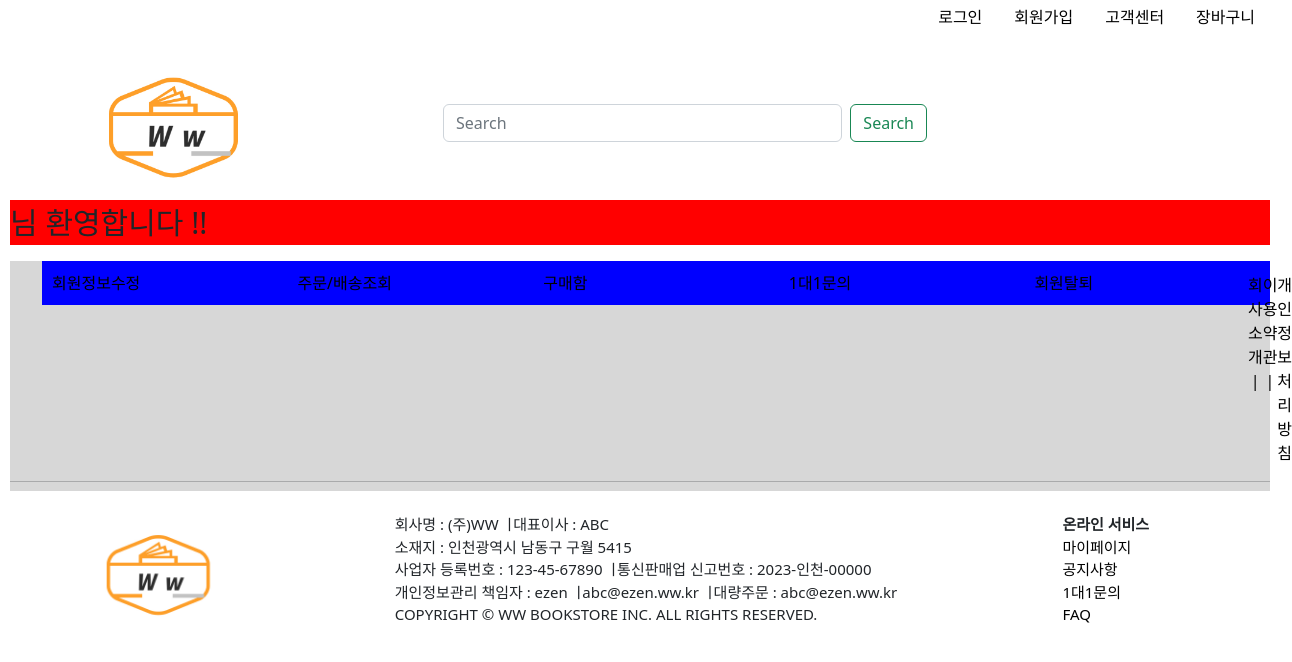
Repository: leehyeonung/project6
Page: http://localhost/book/WEB-INF/views/member/mypage.jsp
The author's editor kept a copy of each file at every save. The page is drawn from the files as they stood at one save, then again after the next save.
The browser window is 1280 px wide. The page is 1292 px wide, then 1280 px, then 1292 px, so the pictures cover 1292 px, including what lies to the right of the window. The pictures show the whole page.
The page is served by Tomcat 9. Nobody is signed in. Other server files are loaded and not shown. The template is opened directly, without the code that normally fills it, so the values that code supplies are empty.

Above is the page before, as saved 2023-01-06 03:02:14.

### book/src/main/webapp/WEB-INF/views/member/mypage.jsp
<%@ page language="java" contentType="text/html; charset=UTF-8"
    pageEncoding="UTF-8"%>
<!DOCTYPE html>
<html>
<head>
<meta charset="UTF-8">
<title>Insert title here</title>
<link rel="stylesheet" type="text/css" href="/resources/css/mypage.css">
</head>
<body>
<jsp:include page="../layout/header.jsp"></jsp:include>
<div class="main">

<div class="information">

<div class="id">
${ses.mem_id}님 환영합니다 !!
</div>

<div class="cell">
${ses.mem_cell_num}
</div>

</div>

<div class="select">
<ul>
	<li><a href="/mem/modify" class="category">회원정보수정</a></li>
	<li><a href="/mem/orderCheck?mem_num=${ses.mem_num}" class="category">주문/배송조회</a></li>
	<li><a href="/mem/buyCheck?mem_num=${ses.mem_num}" class="category">구매함</a></li>
	<li><a href="/board/list" class="category">1대1문의</a></li>
	<li><a href="/mem/delete" class="category">회원탈퇴</a></li>
</ul>
</div>

</div>

<jsp:include page="../layout/footer.jsp"></jsp:include>
</body>
</html>

### book/src/main/webapp/WEB-INF/views/layout/header.jsp
<%@ page language="java" contentType="text/html; charset=UTF-8"
    pageEncoding="UTF-8"%>
<%@ taglib uri="http://java.sun.com/jsp/jstl/core" prefix="c"%>
<!DOCTYPE html>
<html>
<head>
<meta charset="UTF-8">
<title>Insert title here</title>
<!-- CSS only -->
<link href="https://cdn.jsdelivr.net/npm/bootstrap@5.2.2/dist/css/bootstrap.min.css"
rel="stylesheet" integrity="sha384-Zenh87qX5JnK2Jl0vWa8Ck2rdkQ2Bzep5IDxbcnCeuOxjzrPF/et3URy9Bv1WTRi"
crossorigin="anonymous">
<link rel="stylesheet" type="text/css" href="/resources/css/header.css">
</head>
<body>

<div class="header">
    <div class="menu">
        <c:if test="${ses.mem_id ==null}">
        <ul><a href="/mem/loginPage">로그인</a></ul>
        <ul><a href="/mem/joinPage">회원가입</a></ul>
        </c:if>
        <c:if test="${ses.mem_id == 'admin' }">
        <ul><a href="/mem/logOut">로그아웃</a></ul>
        <ul><a href="/mem/adminpage">관리인페이지</a></ul>
        </c:if>
        <c:if test="${ses.mem_id !=null && ses.mem_id !='admin' }">
        <ul><a href="/mem/logOut">로그아웃</a></ul>
        <ul><a href="/mem/mypage">마이페이지</a></ul>
        </c:if>
        <ul><a href="#">고객센터</a></ul>
        <ul><a href="#">장바구니</a></ul>
    </div>
    <div class="bar">
       <div class="logo">
         <a href="/"><img src="/resources/image/logo.jpg" alt="로고"></a>
       </div>
         <div class="searchBar">
            <form class="d-flex" role="search">
                 <input class="form-control me-2" type="search" placeholder="Search" aria-label="Search">
                 <button class="btn btn-outline-success" type="submit">Search</button>
              </form>
         </div>
       <div class="icons">
         <a href=""><i class="fa-solid fa-cart-shopping"></i></a>
            <a href=""><i class="fa-solid fa-user"></i></a>
       </div>
    </div>
</div>
</body>
</html>

### book/src/main/webapp/WEB-INF/views/layout/footer.jsp
<%@ page language="java" contentType="text/html; charset=UTF-8"
   pageEncoding="UTF-8"%>
<!DOCTYPE html>
<html>
<head>
<meta charset="UTF-8">
<title>Insert title here</title>
<link rel="stylesheet" type="text/css" href="/resources/css/footer.css">

</head>

<body>
   <div class="footer">
      <div class="footer-top">
         <ul>
            <li><a href="">회사소개 | </a></li>
            <li><a href="">이용약관 | </a></li>
            <li><a href="">개인정보처리방침</a></li>
         </ul>
      </div>
      <hr>
      <div class="address">
         <div class="footer-logo">
            <img src="/resources/image/logo.jpg" alt="로고">
         </div>
         <div class="address-box">
            <ul>
               <li>회사명 : (주)WW <span style="margin-right: -7px;">ㅣ</span>
                  대표이사 : ABC
               </li>

               <li>소재지 : 인천광역시 남동구 구월 5415</li>
               <li>사업자 등록번호 : 123-45-67890 <span style="margin-right: -7px;">ㅣ</span>
                  통신판매업 신고번호 : 2023-인천-00000
               </li>

               <li>개인정보관리 책임자 : ezen <span style="margin-right: -7px;">ㅣ</span>
                  abc@ezen.ww.kr <span style="margin-right: -7px;">ㅣ</span> 대량주문 :
                  abc@ezen.ww.kr
               </li>

               <li>COPYRIGHT © WW BOOKSTORE INC. ALL RIGHTS RESERVED.</li>

            </ul>

         </div>
         <div class="online-serviceBar">
            <strong>온라인 서비스</strong>
            <ul>
               <li><a href="">마이페이지</a></li>
               <li><a href="">공지사항</a></li>
               <li><a href="">1대1문의</a></li>
               <li><a href="">FAQ</a></li>
            </ul>
         </div>
      </div>
   </div>

</body>
</html>

### book/src/main/webapp/resources/css/mypage.css
@charset "UTF-8";
*{
	margin: 0 auto;
	padding: 0px;

}
.main{
    margin: auto;
    width: 1260px;
    background-color: gray;


}
.id{
    font-size: 30px;
}
.information{
	background-color : red;
}
.category{
    display: inline-block;
	float : left;
	width : 20%;
    background-color: blue;
    padding: 10px;
}

### book/src/main/webapp/resources/css/header.css
@charset "UTF-8";
*{
	margin: 0px;
	padding: 0px;
}
.header{
    width: 1260px;
    height: 200px;
   /*  background-color: pink; */
}
.menu{
   display: flex;
   justify-content: flex-end;
   padding:5px;

}
.logo{
    width: 150px;
    height: 150px;
    background-color: blue;
}
.logo>a>img{
    width: 150px;
    height: 150px;
}
.searchBar{
   /* position:absolute; */
    width: 484px;
    height: 42px;
    /* background-color: gold; */
    margin-top:54px;
    border-radius: 30px;

}
.bar{

   height: 150px;
   display: flex;
   flex-direction: row;
   flex-wrap:nowrap;
   justify-content:space-around;
/*    align-items: baseline; */


}
i{
    font-size: 42px;
    color: black;
    margin-top:54px;
    margin-right: 20px;
}

### book/src/main/webapp/resources/css/footer.css
@charset "UTF-8";
.footer {
   width: 1260px;
   height: 230px;
   background-color: rgba(175, 175, 175, 0.5);
   margin: 0 auto;
}

.footer-logo {

   width: 120px;
   height: 120px;
   background-color: beige;
}
.footer-logo>img{
   width: 120px;
   height: 120px;
}

.address-box {
   text-align: left;
   padding: 0;
   margin: 0;
}

.address {
   padding: 15px;
   height: 150px;
   display: flex;
   font-size: 15px;
   /* align-items: baseline; */
   flex-direction: row;
   flex-wrap: nowrap;
   justify-content: space-around;
}

ul {
   list-style: none;
}

.footer, .address li {

}

.footer-top {
   text-align: center;
   padding-top: 12px;
}

.footer-top>ul {
   margin: 0;
   padding: 0;
   display: flex;
   justify-content: center;
}

.footer-top>li {
   margin: 0;
   padding: 0;
}

a {
   text-decoration-line: none;
   color: black;
}

a:visited {
   text-decoration: none;
}

a:hover {
   text-decoration: none;
}

a:focus {
   text-decoration: none;
}

a:hover, a:active {
   text-decoration: none;
}

.online-serviceBar {
   padding: 0px;
   margin-left: 20px;
   width: 120px;
   height: 120px;
}

.online-serviceBar>ul {
   margin: 0px;
   padding: 0px;
}

After the next save:
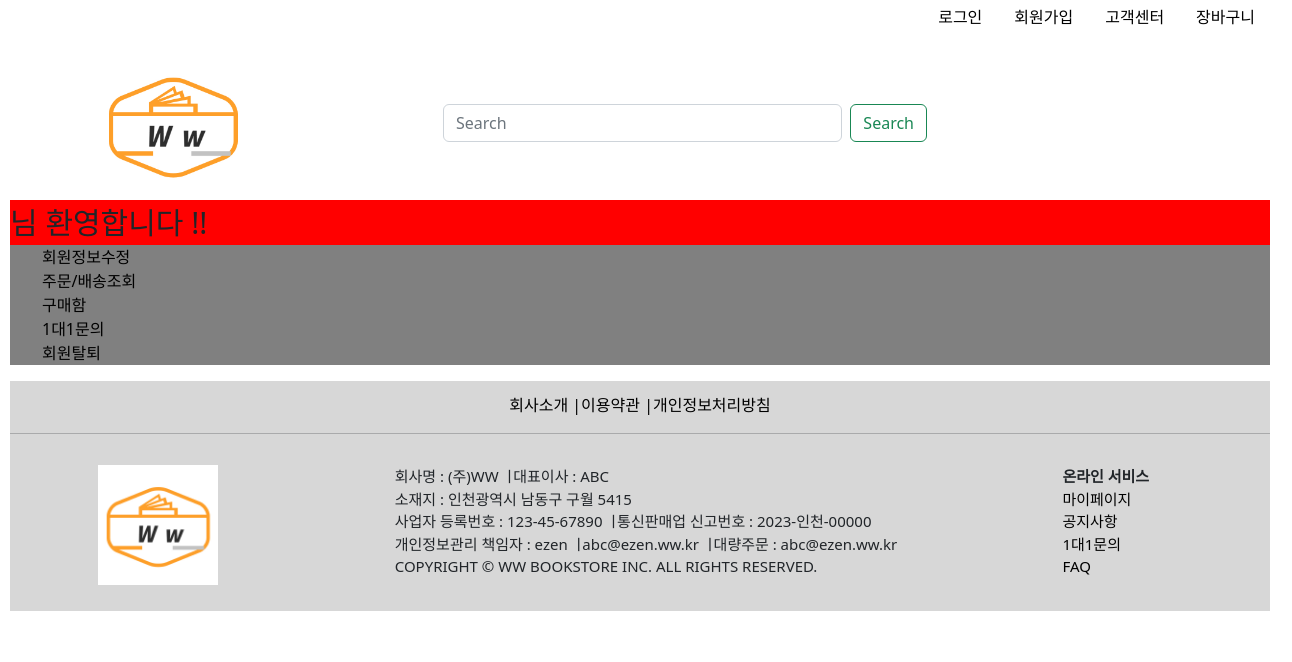
Saved 23 s later.
--- a/book/src/main/webapp/resources/css/mypage.css
+++ b/book/src/main/webapp/resources/css/mypage.css
@@ -17,10 +17,3 @@
 .information{
 	background-color : red;
 }
-.category{
-    display: inline-block;
-	float : left;
-	width : 20%;
-    background-color: blue;
-    padding: 10px;
-}

After the save that followed:
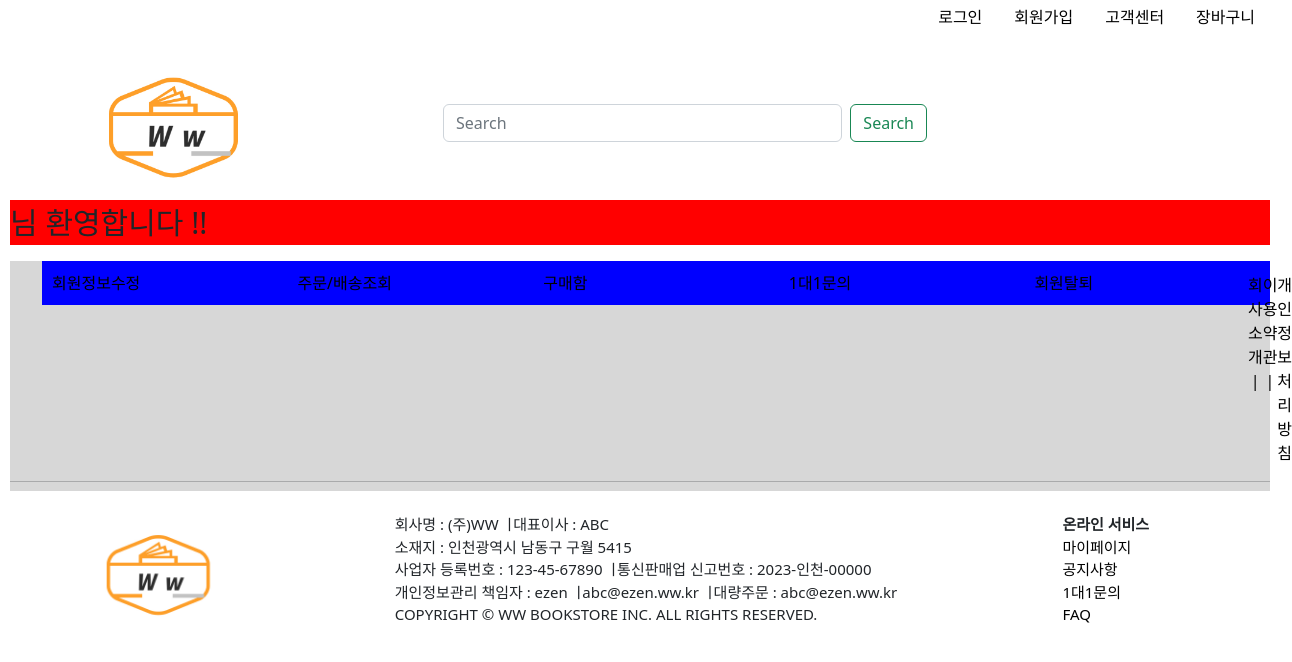
Saved 61 s later.
--- a/book/src/main/webapp/resources/css/mypage.css
+++ b/book/src/main/webapp/resources/css/mypage.css
@@ -17,3 +17,10 @@
 .information{
 	background-color : red;
 }
+.category{
+    display: inline-block;
+	float : left;
+	width : 20%;
+    background-color: blue;
+    padding: 10px;
+}
